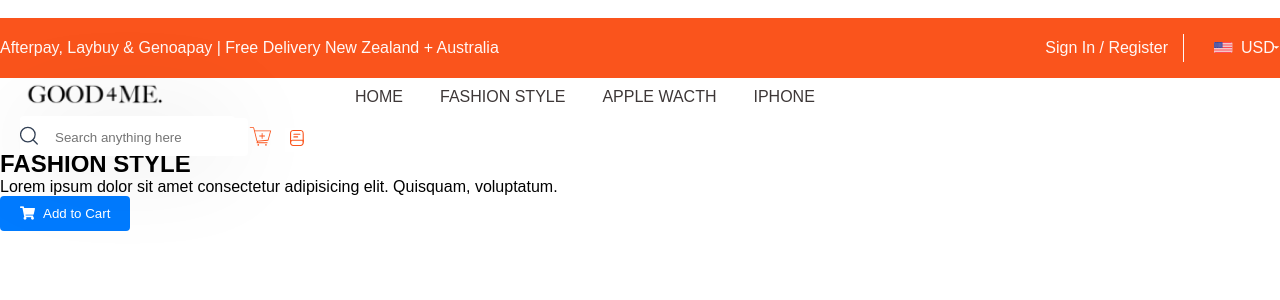
Repository: ThuatDev/shoppe_ale
Page: index.html
These files come from the project's save history. The page is drawn as it stood at one moment and after the next save; the edit follows.
The browser window is 1280 px wide. The pictures show the whole page.
Some web fonts or font styles are not loaded; a fallback is used.

Above is the page before, as saved 2023-08-07 17:56:29.

After the next save:
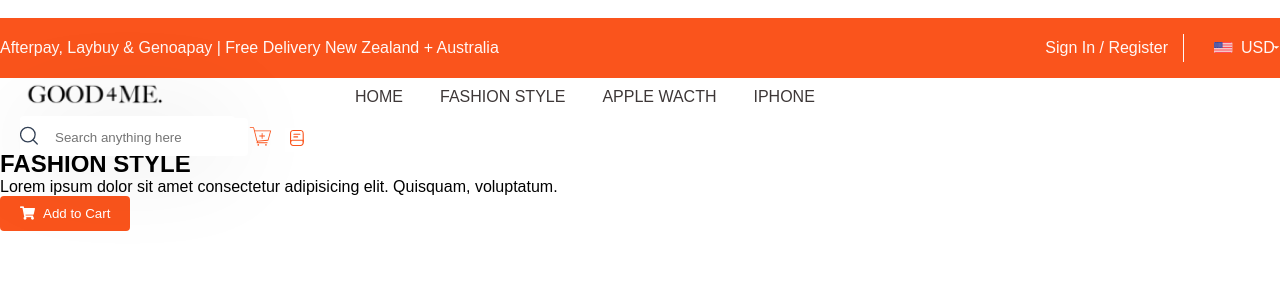
Saved 68 s later.
--- a/asset/css/style.css
+++ b/asset/css/style.css
@@ -192,7 +192,7 @@
   align-items: center;
   justify-content: center;
   padding: 10px 20px;
-  background-color: #007bff;
+  background-color: var(--main-color);
   color: white;
   border: none;
   border-radius: 4px;
